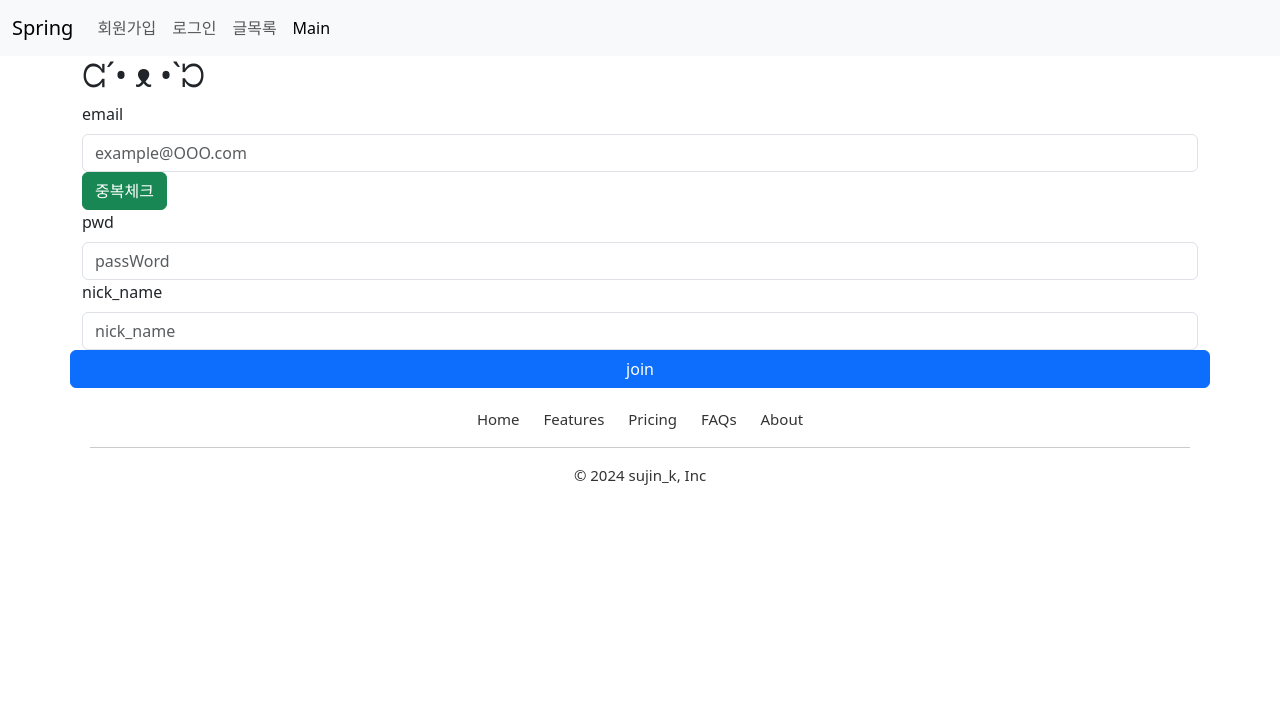
Repository: sujin1221/spring
Page: http://localhost/spring_test2/WEB-INF/views/member/register.jsp
The author's editor kept a copy of each file at every save. The page is drawn from the files as they stood at one save, then again after a run of saves.
The browser window is 1280 px wide. The pictures show the whole page.
The page is served by Tomcat 9. Nobody is signed in. The template is opened directly, without the code that normally fills it, so the values that code supplies are empty.

Above is the page before, as saved 2024-01-17 01:22:17.
Console error: TypeError: Cannot read properties of null (reading 'addEventListener')

After the next 2 saves:
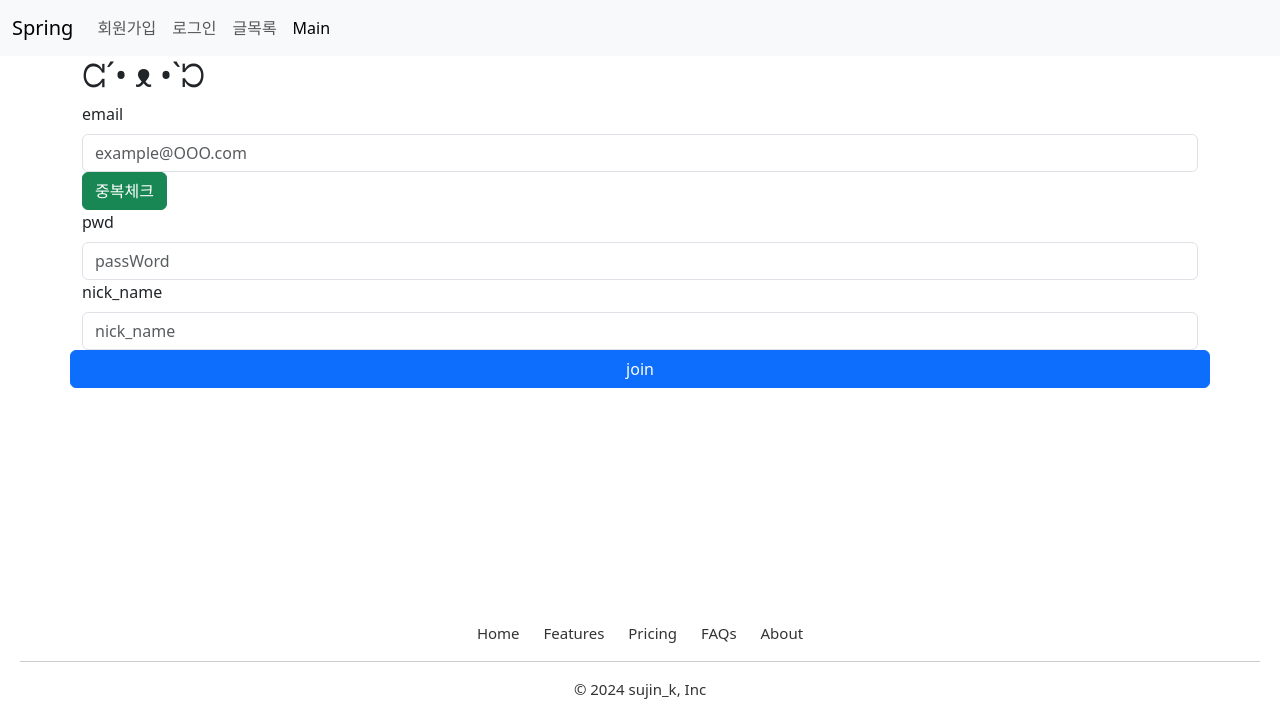
The 2 saves are shown as one change because they came seconds apart.
The last was saved 31 s later.
--- a/spring_test2/src/main/webapp/WEB-INF/views/member/register.jsp
+++ b/spring_test2/src/main/webapp/WEB-INF/views/member/register.jsp
@@ -34,6 +34,8 @@
 		<br>
 		<button type="submit" class="btn btn-primary" id="regBtn">join</button>
 		</form>
+		</div>
+		</div>
 
 <script src="/resources/js/memberRegister.js"></script>
 <jsp:include page="../layout/footer.jsp"></jsp:include>
